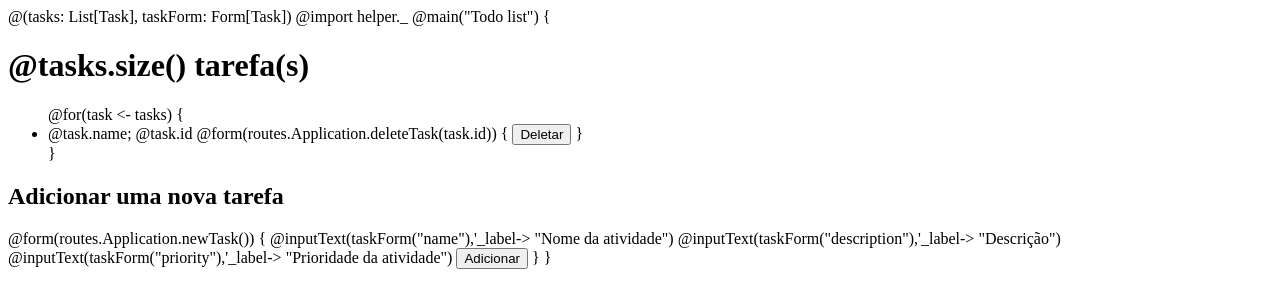
Repository: analuizamtg/si1
Page: lab2/todolist/.target/views/index.scala.html
These files come from the project's save history. The page is drawn as it stood at one moment and after the next save; the edit follows.
The browser window is 1280 px wide. The pictures show the whole page.

Above is the page before, as saved 2013-11-25 16:56:03.

After the next save:
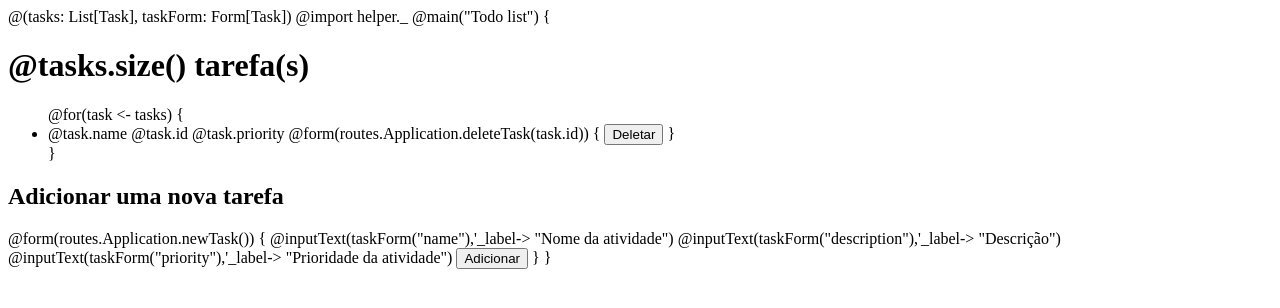
Saved 22 s later.
--- a/lab2/todolist/.target/views/index.scala.html
+++ b/lab2/todolist/.target/views/index.scala.html
@@ -9,8 +9,9 @@
     <ul>
         @for(task <- tasks) {
             <li>
-                @task.name;
+                @task.name
                 @task.id
+                @task.priority
 
 
                 @form(routes.Application.deleteTask(task.id)) {
